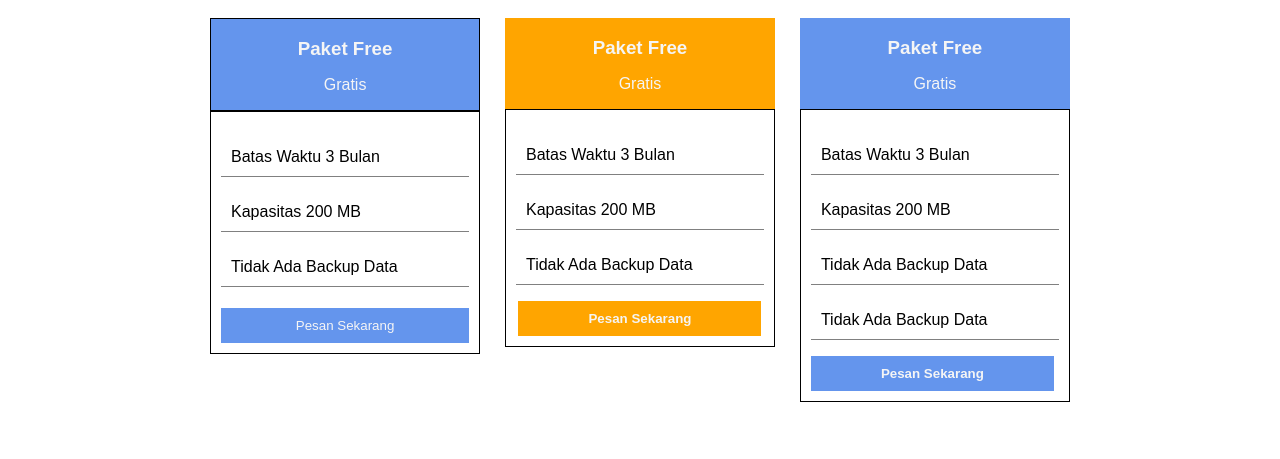
Repository: AHSANS354/tugas-sib5
Page: tugas css/index.html
These files come from the project's save history. The page is drawn as it stood at one moment and after the next save; the edit follows.
The browser window is 1280 px wide. The pictures show the whole page.

Above is the page before, as saved 2023-08-29 16:37:55.

### tugas css/index.html
<!DOCTYPE html>
<html lang="en">
  <head>
    <meta charset="UTF-8" />
    <meta name="viewport" content="width=device-width, initial-scale=1.0" />
    <title>Tugas css eksternal</title>
    <link rel="stylesheet" href="style.css" />
  </head>
  <body>
    <div class="container">
      <div class="row">
        <div class="col">
          <div class="card">
            <div class="header">
              <div>
                <h3>paket free</h3>
              </div>
              <div>
                <p>Gratis</p>
              </div>
            </div>
            <div class="content">
              <div>
                <p>batas waktu 3 bulan</p>
              </div>
              <div>
                <p>kapasitas 200 MB</p>
              </div>
              <div>
                <p>tidak ada backup data</p>
              </div>
              <div class="btn">
                <button type="button" class="tombol">pesan sekarang</button>
              </div>
            </div>
          </div>
          <div class="card">
            <div class="header2">
              <div>
                <h3>paket free</h3>
              </div>
              <div>
                <p>Gratis</p>
              </div>
            </div>
            <div class="content">
              <div>
                <p>batas waktu 3 bulan</p>
              </div>
              <div>
                <p>kapasitas 200 MB</p>
              </div>
              <div>
                <p>tidak ada backup data</p>
              </div>
              <div class="btn">
                <button type="button" class="tombol2">pesan sekarang</button>
              </div>
            </div>
          </div>
          <div class="card">
            <div class="header3">
              <div>
                <h3>paket free</h3>
              </div>
              <div>
                <p>Gratis</p>
              </div>
            </div>
            <div class="content">
              <div>
                <p>batas waktu 3 bulan</p>
              </div>
              <div>
                <p>kapasitas 200 MB</p>
              </div>
              <div>
                <p>tidak ada backup data</p>
              </div>
              <div>
                <p>tidak ada backup data</p>
              </div>
              <div class="btn3">
                <button type="button" class="tombol3">pesan sekarang</button>
              </div>
            </div>
          </div>
        </div>
      </div>
    </div>
  </body>
</html>

### tugas css/style.css
* {
  font-family: sans-serif;
  text-transform: capitalize;
}
/* div awal */
.container {
  display: flex;
  justify-content: center;
}

.row {
  width: 70%;
}

.col {
  display: flex;
  justify-content: space-around;
}

.card {
  padding: 10px;
  width: 270px;
}

.content {
  border: 1px solid black;
  padding: 10px;
}

.content p {
  border-bottom: 1px solid gray;
  padding: 10px;
}

/* css tampilan card 1*/

.header {
  border: 1px solid black;
  background-color: cornflowerblue;
  color: whitesmoke;
  display: flex;
  justify-content: center;
  align-items: center;
  flex-direction: column;
}

.btn {
  display: flex;
  justify-content: center;
}

.tombol {
  width: 100%;
  margin-top: 5px;
  padding: 10px 70px;
  background-color: cornflowerblue;
  border: none;
  color: whitesmoke;
}

h3 {
  margin-bottom: 0;
}

/* css tampilan card 2 */
.header2 {
  background-color: orange;
  color: whitesmoke;
  display: flex;
  justify-content: center;
  align-items: center;
  flex-direction: column;
}

.tombol2 {
  font-weight: bold;
  padding: 10px 70px;
  background-color: orange;
  border: none;
  color: whitesmoke;
}

/* css tampilan card 3 */

.header3 {
  background-color: cornflowerblue;
  color: whitesmoke;
  display: flex;
  justify-content: center;
  align-items: center;
  flex-direction: column;
}

.tombol3 {
  font-weight: bold;
  padding: 10px 70px;
  background-color: cornflowerblue;
  border: none;
  color: whitesmoke;
}

After the next save:
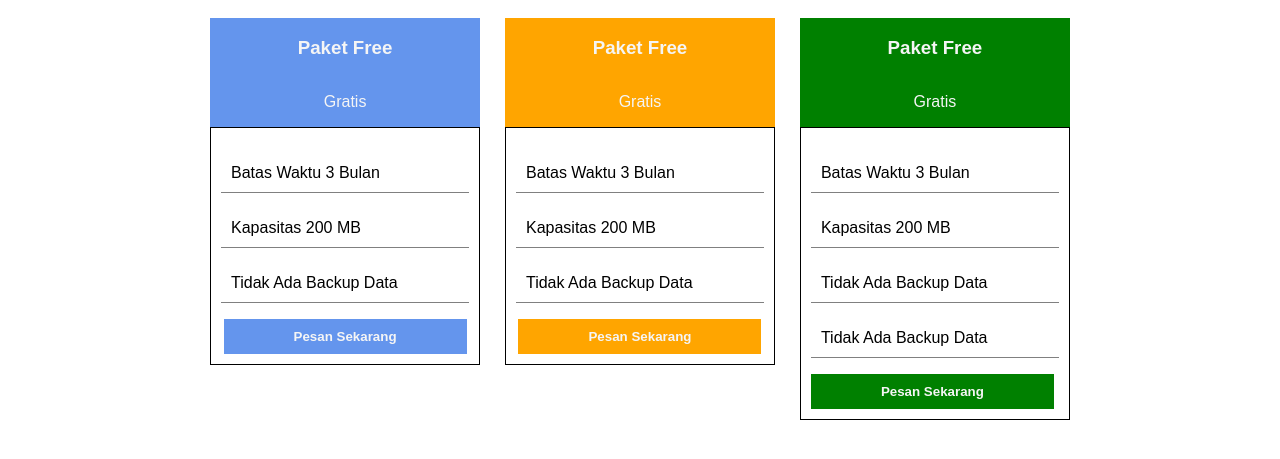
Saved 92 s later.
--- a/tugas css/style.css
+++ b/tugas css/style.css
@@ -32,10 +32,14 @@
   padding: 10px;
 }
 
+.btn {
+  display: flex;
+  justify-content: center;
+}
+
 /* css tampilan card 1*/
 
 .header {
-  border: 1px solid black;
   background-color: cornflowerblue;
   color: whitesmoke;
   display: flex;
@@ -44,22 +48,12 @@
   flex-direction: column;
 }
 
-.btn {
-  display: flex;
-  justify-content: center;
-}
-
 .tombol {
-  width: 100%;
-  margin-top: 5px;
+  font-weight: bold;
   padding: 10px 70px;
   background-color: cornflowerblue;
   border: none;
   color: whitesmoke;
-}
-
-h3 {
-  margin-bottom: 0;
 }
 
 /* css tampilan card 2 */
@@ -83,7 +77,7 @@ h3 {
 /* css tampilan card 3 */
 
 .header3 {
-  background-color: cornflowerblue;
+  background-color: green;
   color: whitesmoke;
   display: flex;
   justify-content: center;
@@ -94,7 +88,7 @@ h3 {
 .tombol3 {
   font-weight: bold;
   padding: 10px 70px;
-  background-color: cornflowerblue;
+  background-color: green;
   border: none;
   color: whitesmoke;
 }
